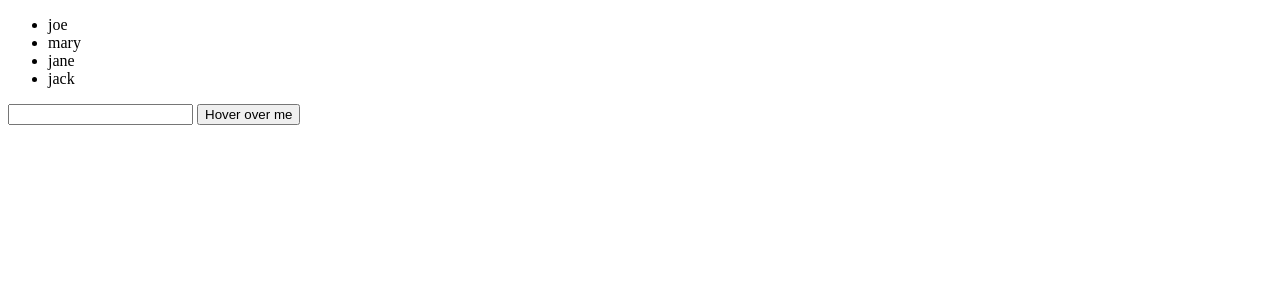
Repository: Samtrapskin/Time-to-learn-Vue.JS
Page: lara.html
The author's editor kept a copy of each file at every save. The page is drawn from the files as they stood at one save, then again after the next save.
The browser window is 1280 px wide. The pictures show the whole page.
Some web libraries are served in a nearby version.

Above is the page before, as saved 2018-07-03 13:15:10.

After the next save:
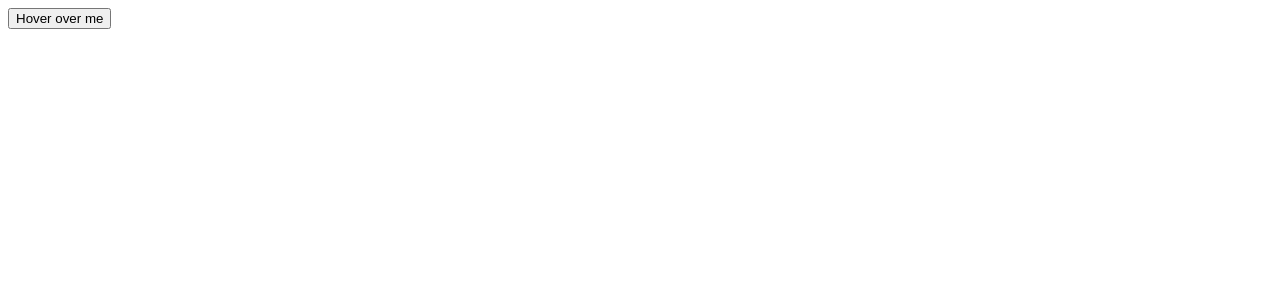
Saved 5 min 56 s later.
--- a/lara.html
+++ b/lara.html
@@ -8,13 +8,6 @@
 </head>
 <body>
     <div id="root">
-      <ul>
-          <li v-for="name in names" v-text="name">
-
-          </li>
-      </ul>
-
-      <input id="input" type="text" v-model="newName" v-on:keyUp="addName">
 
       <button v-bind:title="title">Hover over me</button>
     </div>
